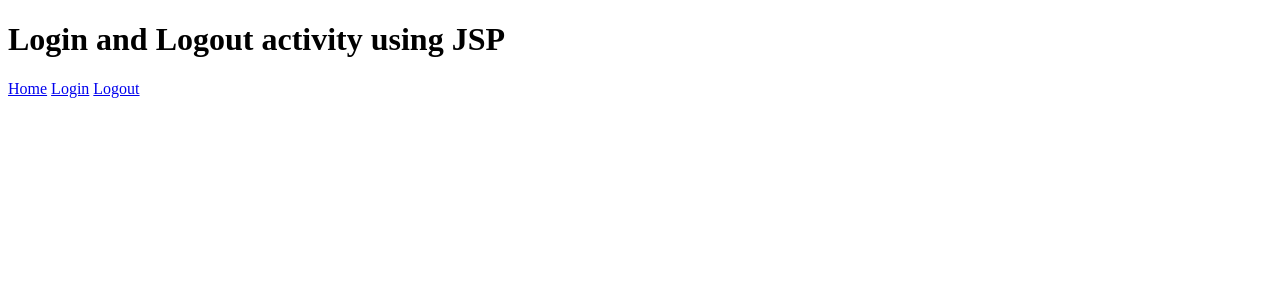
Repository: gawron921/psitab
Page: http://localhost/web01/
These files come from the project's save history. The page is drawn as it stood at one moment and after the next save; the edit follows.
The browser window is 1280 px wide. The pictures show the whole page.
The page is served by Tomcat 9.

Above is the page before, as saved 2020-02-26 20:34:02.

After the next save:
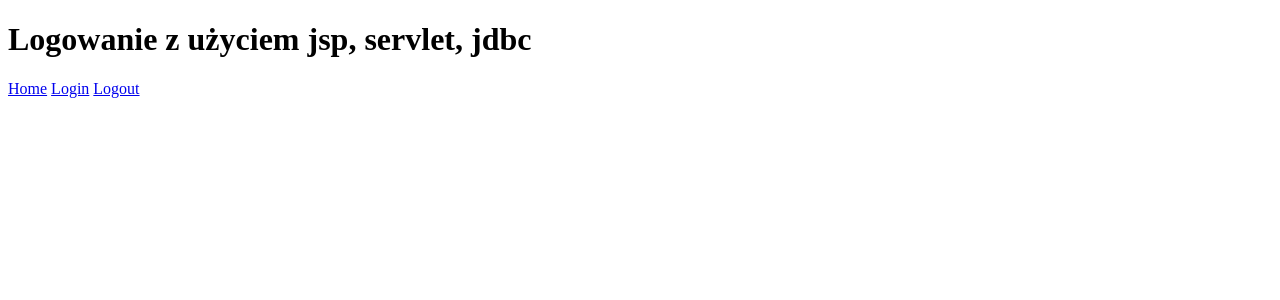
Saved 52 s later.
--- a/web01/WebContent/home.jsp
+++ b/web01/WebContent/home.jsp
@@ -6,7 +6,7 @@
 <title>Home</title>
 </head>
 <body>
-<h1>Login and Logout activity using JSP</h1>
+<h1>Logowanie z użyciem jsp, servlet, jdbc</h1>
 <a href="http://localhost:8080/web01/home.jsp"> Home</a>
 <a href="http://localhost:8080/web01/login.jsp"> Login</a>
 <a href="http://localhost:8080/web01/logout.jsp"> Logout</a>
